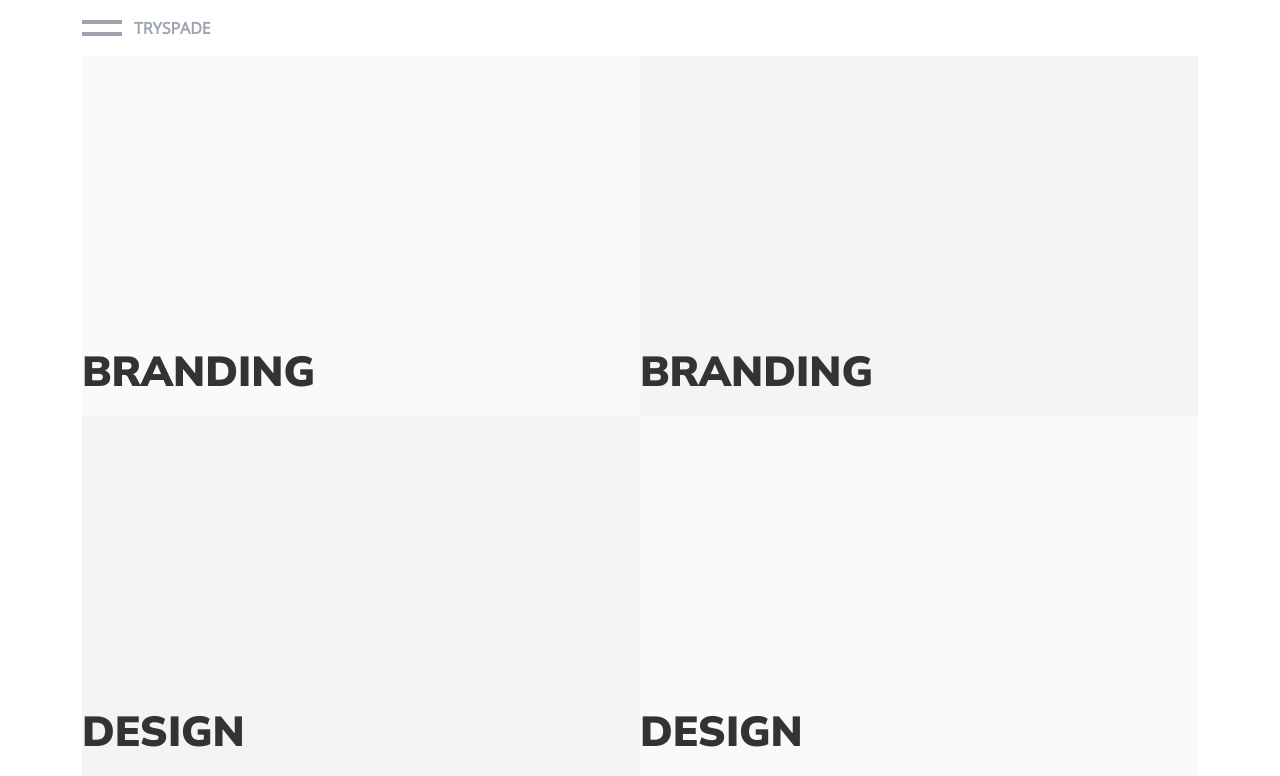
Repository: latenightsnacc/super-octo-fortnight
Page: new.html
The author's editor kept a copy of each file at every save. The page is drawn from the files as they stood at one save, then again after the next save.
The browser window is 1280 px wide. The pictures show the whole page.
Some web libraries are served in a nearby version. The style sheet was rebuilt from its Sass, Less or Tailwind sources for each picture, by a compiler version that may differ from the author's.

Above is the page before, as saved 2021-03-01 12:04:59.

After the next save:
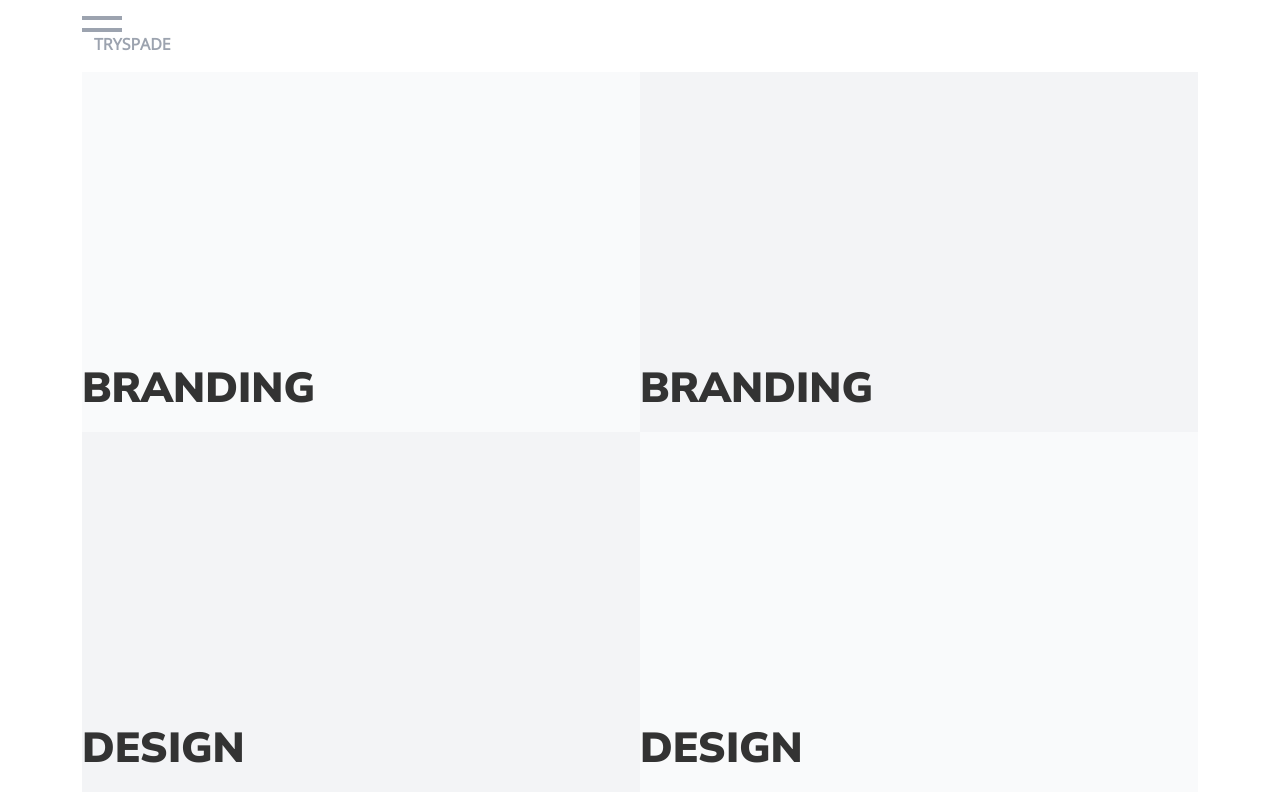
Saved 3 min 25 s later.
--- a/new.html
+++ b/new.html
@@ -24,11 +24,14 @@
     <header>
         <div class="container">
             <div class="flex flex-row py-3 items-center">
-                <div class="flex flex-col">
-                    <span class="w-10 border-2 border-gray-400 mb-2"></span>
-                    <span class="w-10 border-2 border-gray-400"></span>
+                <div class="w-1/2">
+                    <div class="flex flex-col">
+                        <span class="w-10 border-2 border-gray-400 mb-2"></span>
+                        <span class="w-10 border-2 border-gray-400"></span>
+                    </div>
+                    <div class="ml-3 uppercase font-bold text-gray-400">tryspade</div>
                 </div>
-                <div class="ml-3 uppercase font-bold text-gray-400">tryspade</div>
+
             </div>
         </div>
     </header>

After the 2 saves that followed:
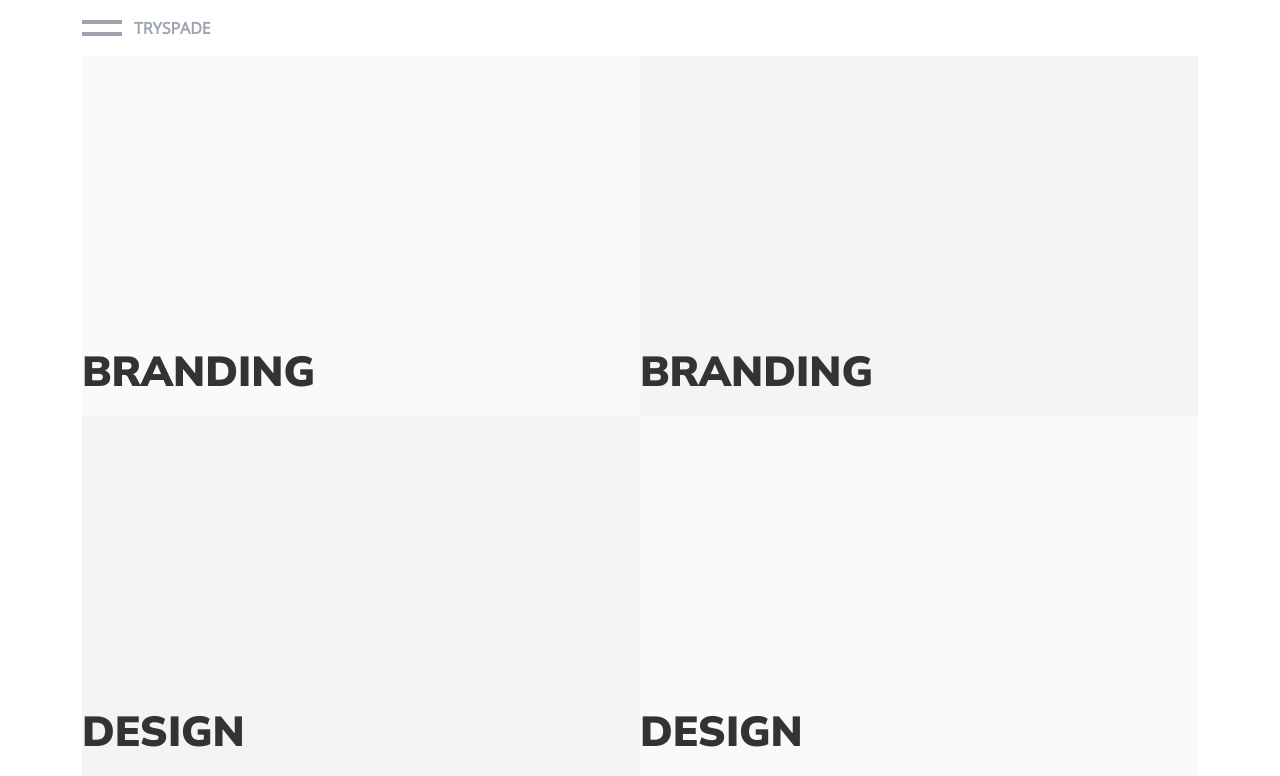
The 2 saves are shown as one change because 1 left the picture as it was.
The last was saved 2 min 52 s later.
--- a/new.html
+++ b/new.html
@@ -24,14 +24,14 @@
     <header>
         <div class="container">
             <div class="flex flex-row py-3 items-center">
-                <div class="w-1/2">
+                <div class="w-1/2 flex flex-row items-center">
                     <div class="flex flex-col">
                         <span class="w-10 border-2 border-gray-400 mb-2"></span>
                         <span class="w-10 border-2 border-gray-400"></span>
                     </div>
                     <div class="ml-3 uppercase font-bold text-gray-400">tryspade</div>
                 </div>
-
+                <div class="w-1/2 flex flex-row"></div>
             </div>
         </div>
     </header>
